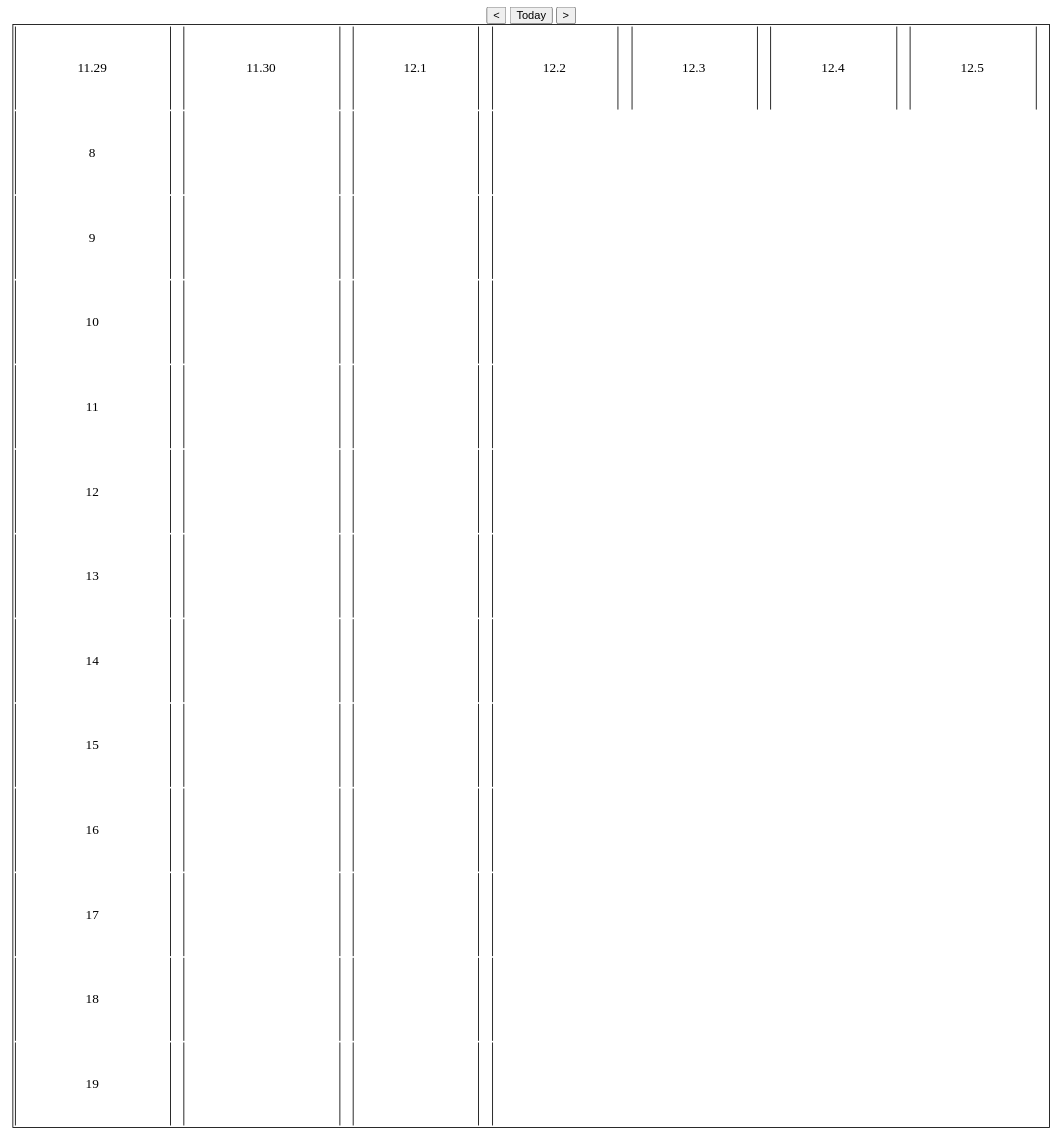
Repository: addictum/drawcalendar-1
Page: http://localhost/DrawCalendar/week.jsp
These files come from the project's save history. The page is drawn as it stood at one moment and after the next save; the edit follows.
The browser window is 1280 px wide. The pictures show the whole page, at 83% of full size.
Some web libraries are served in a nearby version. The page is served by Tomcat 9.

Above is the page before, as saved 2020-12-07 01:07:26.

After the next save:
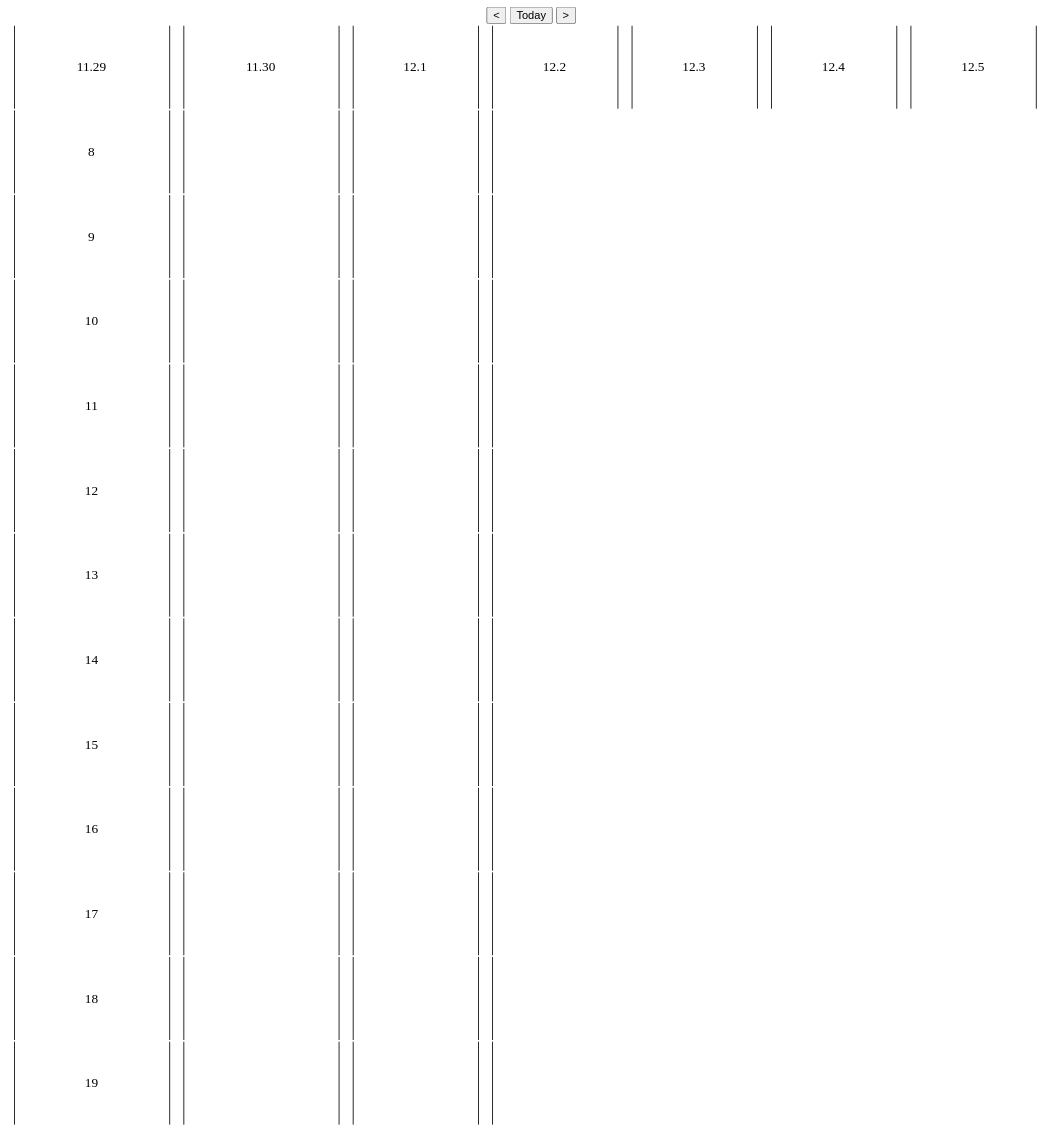
Saved 9 s later.
--- a/DrawCalendar/src/main/webapp/week.jsp
+++ b/DrawCalendar/src/main/webapp/week.jsp
@@ -19,7 +19,6 @@
 		border: border-box;
 		width: 1250px;
 		margi: 0 auto;
-		border: 1px solid black;
 		box-sizing: border-box;
 	}
 
